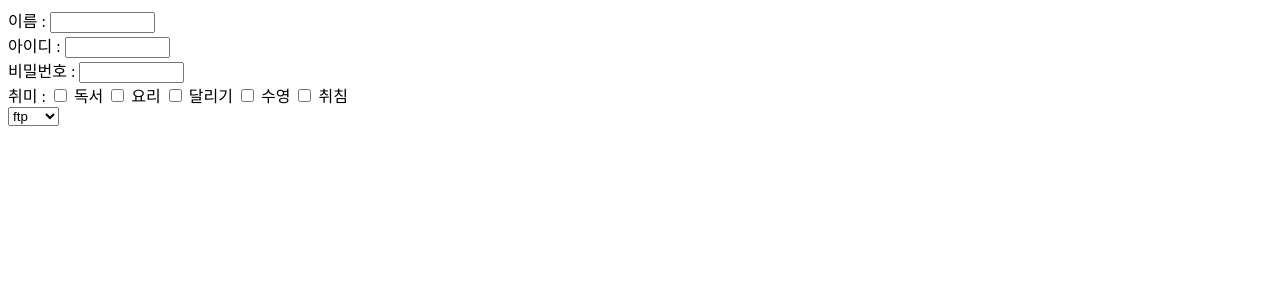
Repository: kimhun456/JSPLearn
Page: HelloWorld/WebContent/form.html
An editor plug-in stored every save of this project. The page is shown before and after the next save, followed by the edit.
The browser window is 1280 px wide. The pictures show the whole page.

Above is the page before, as saved 2015-06-27 12:56:22.

After the next save:
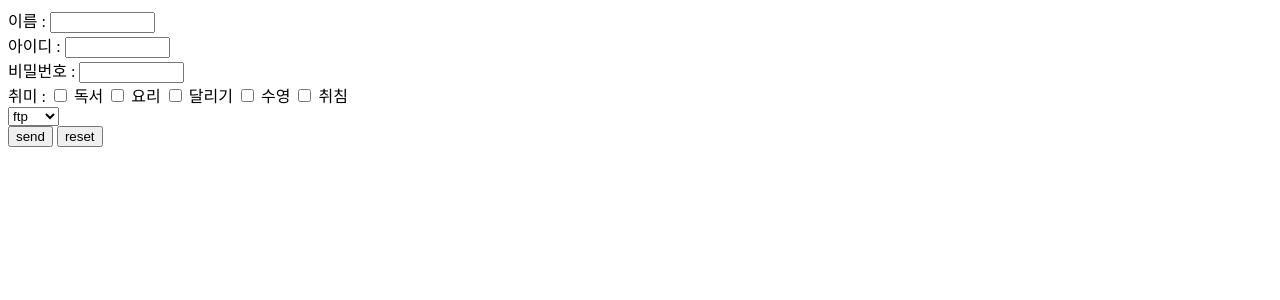
Saved 33 s later.
--- a/HelloWorld/WebContent/form.html
+++ b/HelloWorld/WebContent/form.html
@@ -24,6 +24,9 @@
 
 		</select><br/>
 
+		<input type = "submit" value="send" >
+		<input type="reset" value = "reset">
+
 	</form>
 
 </body>
